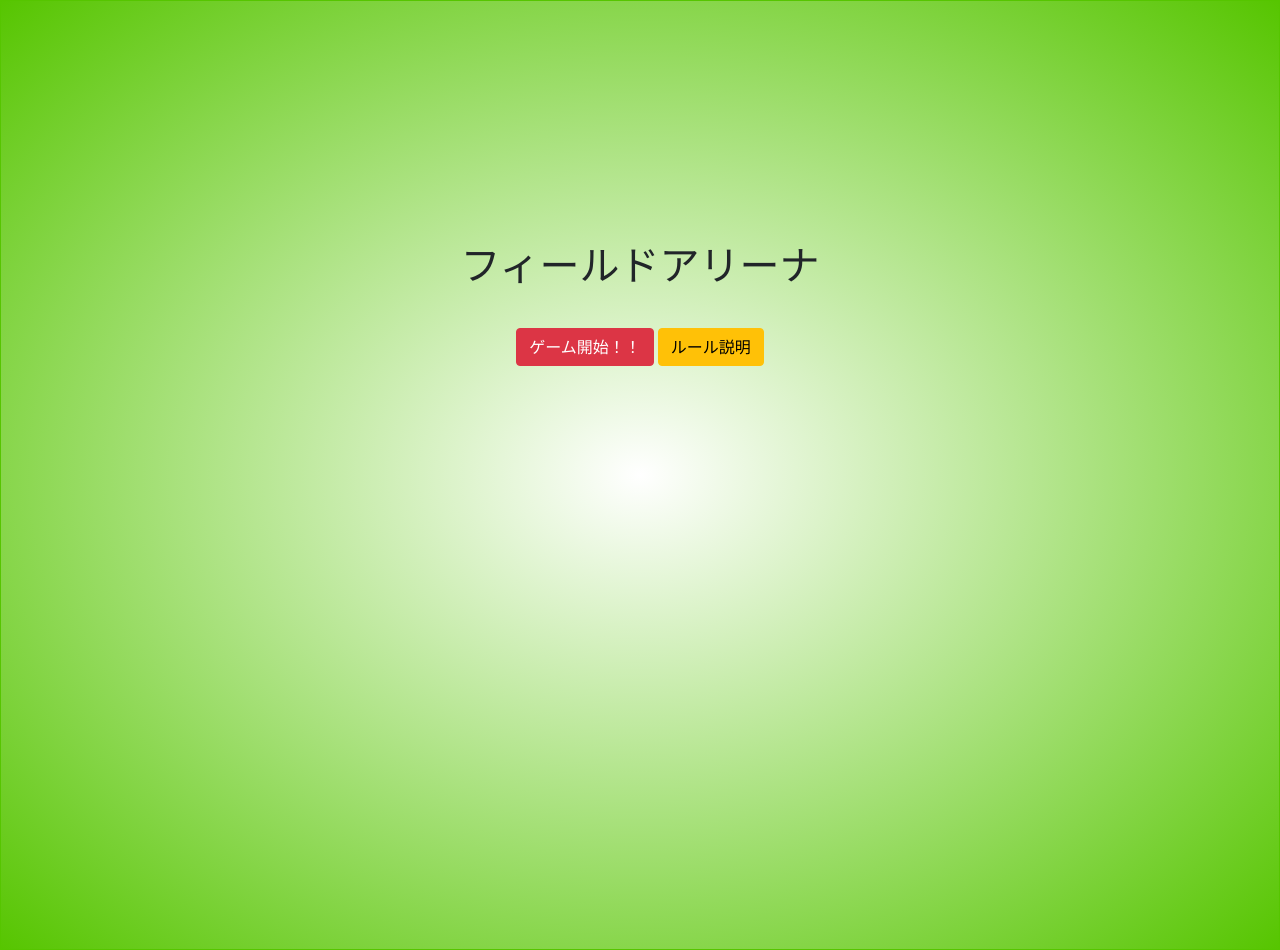
Repository: e1b21074/field_arena
Page: .log/field_arena/src/main/resources/static/index.html
These files come from the project's save history. The page is drawn as it stood at one moment and after a run of saves; the edit follows.
The browser window is 1280 px wide. The pictures show the whole page.

Above is the page before, as saved 2024-01-09 14:58:02.

### .log/field_arena/src/main/resources/static/index.html
<!DOCTYPE html>
<html lang="en">

<head>
  <meta charset="UTF-8">
  <meta name="viewport" content="width=device-width, initial-scale=1.0">
  <!-- bootstrap CSS -->
  <link href="https://cdn.jsdelivr.net/npm/bootstrap@5.0.2/dist/css/bootstrap.min.css" rel="stylesheet"
    integrity="sha384-EVSTQN3/azprG1Anm3QDgpJLIm9Nao0Yz1ztcQTwFspd3yD65VohhpuuCOmLASjC" crossorigin="anonymous">

  <title>カードゲーム</title>

  <style>
    .gradient {
      background:radial-gradient(#fff, #56C500);
      height: 950px;
      border: 1px solid #56C500;
  }
  </style>
</head>

<body class="gradient">
  <center>
    <div style="text-align: center;">
      <br><br><br><br><br><br><br><br><br><br>
      <font size="20">
      <h1>フィールドアリーナ</h1>
      </font>
      <button type="button" class="btn btn-danger" onclick="location.href='/gamearea'">ゲーム開始！！</button>
      <button type="button" class="btn btn-warning" onclick="location.href='/rule'">ルール説明</button>
    </div>
  </center>

  <script src="https://cdn.jsdelivr.net/npm/bootstrap@5.0.2/dist/js/bootstrap.bundle.min.js"
    integrity="sha384-MrcW6ZMFYlzcLA8Nl+NtUVF0sA7MsXsP1UyJoMp4YLEuNSfAP+JcXn/tWtIaxVXM"
    crossorigin="anonymous"></script>
</body>

</html>

After the next 2 saves:
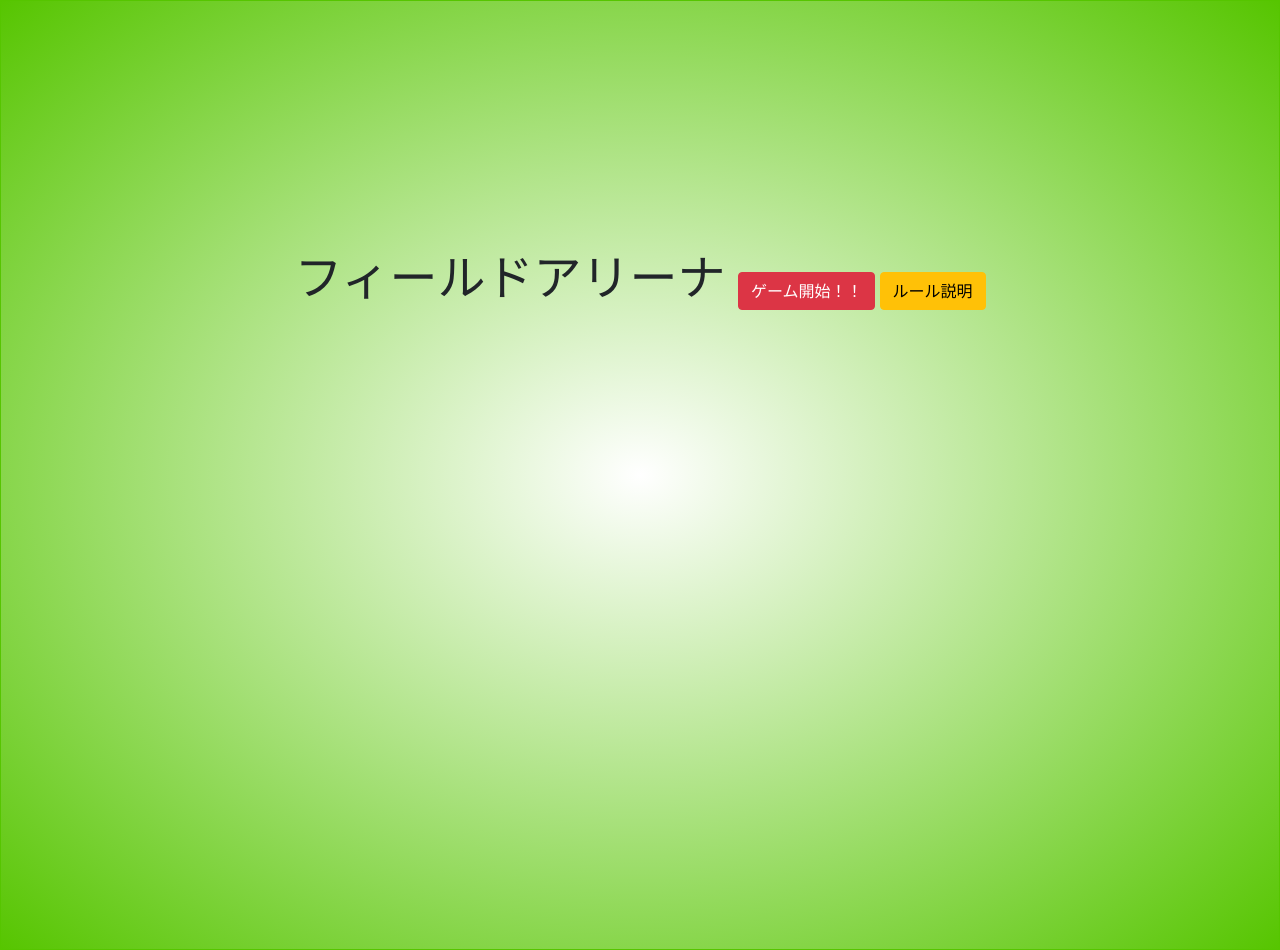
The 2 saves are shown as one change because they came seconds apart.
The last was saved 32 s later.
--- a/.log/field_arena/src/main/resources/static/index.html
+++ b/.log/field_arena/src/main/resources/static/index.html
@@ -24,7 +24,7 @@
     <div style="text-align: center;">
       <br><br><br><br><br><br><br><br><br><br>
       <font size="20">
-      <h1>フィールドアリーナ</h1>
+      フィールドアリーナ
       </font>
       <button type="button" class="btn btn-danger" onclick="location.href='/gamearea'">ゲーム開始！！</button>
       <button type="button" class="btn btn-warning" onclick="location.href='/rule'">ルール説明</button>
